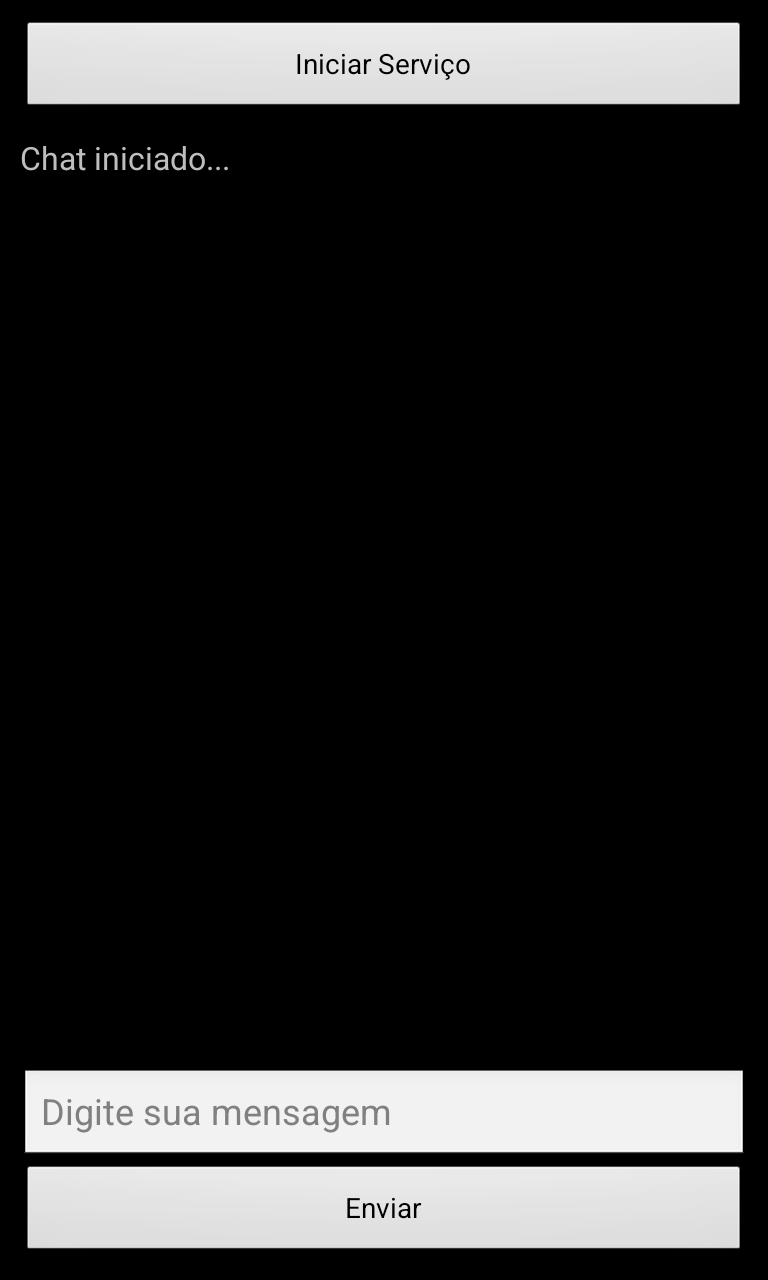
Repository: JoelmirMoura/AppMensagem
Layout: Mensagem/res/layout/main.xml
These files come from the project's save history. The layout is drawn as it stood at one moment and after the next save; the edit follows.
It is drawn on a 768 x 1280 px phone screen (xhdpi) without system bars, with theme android:Theme; the app's code is not run.

Above is the layout before, as saved 2026-04-24 18:19:35.

### Mensagem/res/layout/main.xml
<LinearLayout xmlns:android="http://schemas.android.com/apk/res/android"
    android:orientation="vertical"
    android:padding="10dp"
    android:layout_width="fill_parent"
    android:layout_height="fill_parent">

    <!-- 🔹 BOTÃO ÚNICO -->
    <Button
        android:id="@+id/btnServidor"
        android:layout_width="fill_parent"
        android:layout_height="wrap_content"
        android:text="Iniciar Serviço" />

    <!-- 🔥 ÁREA DO CHAT COM SCROLL -->
    <ScrollView
        android:id="@+id/scrollChat"
        android:layout_width="fill_parent"
        android:layout_height="0dp"
        android:layout_weight="1"
        android:layout_marginTop="10dp">

        <TextView
            android:id="@+id/txtChat"
            android:layout_width="fill_parent"
            android:layout_height="wrap_content"
            android:text="Chat iniciado..."
            android:textSize="16sp" />
    </ScrollView>

    <!-- 🔹 DIGITAÇÃO -->
    <EditText
        android:id="@+id/editMensagem"
        android:layout_width="fill_parent"
        android:layout_height="wrap_content"
        android:hint="Digite sua mensagem"
        android:layout_marginTop="10dp" />

    <!-- 🔹 ENVIAR -->
    <Button
        android:id="@+id/btnEnviar"
        android:layout_width="fill_parent"
        android:layout_height="wrap_content"
        android:text="Enviar" />

</LinearLayout>

After the next save:
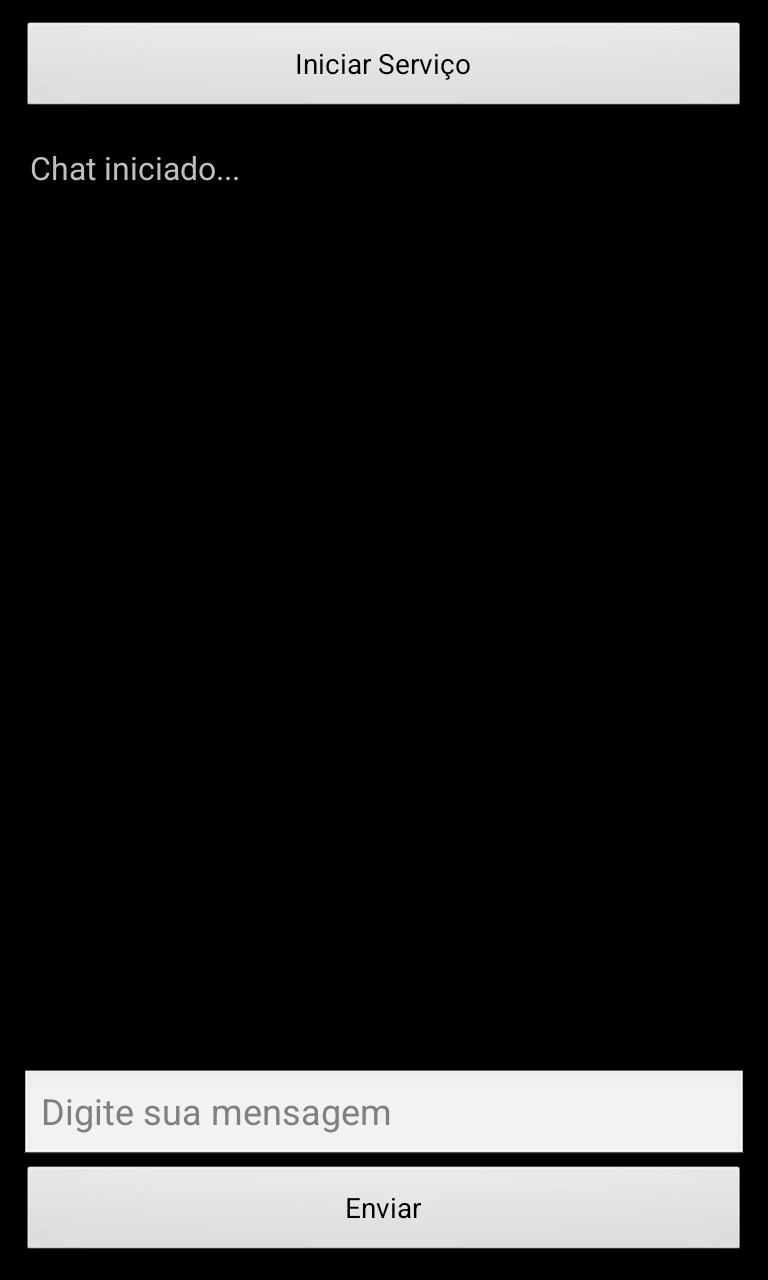
Saved 3 min 7 s later.
--- a/Mensagem/res/layout/main.xml
+++ b/Mensagem/res/layout/main.xml
@@ -17,6 +17,7 @@
         android:layout_width="fill_parent"
         android:layout_height="0dp"
         android:layout_weight="1"
+        android:fillViewport="true"
         android:layout_marginTop="10dp">
 
         <TextView
@@ -24,7 +25,8 @@
             android:layout_width="fill_parent"
             android:layout_height="wrap_content"
             android:text="Chat iniciado..."
-            android:textSize="16sp" />
+            android:textSize="16sp"
+            android:padding="5dp" />
     </ScrollView>
 
     <!-- 🔹 DIGITAÇÃO -->
@@ -33,7 +35,8 @@
         android:layout_width="fill_parent"
         android:layout_height="wrap_content"
         android:hint="Digite sua mensagem"
-        android:layout_marginTop="10dp" />
+        android:layout_marginTop="8dp"
+        android:singleLine="true" />
 
     <!-- 🔹 ENVIAR -->
     <Button
